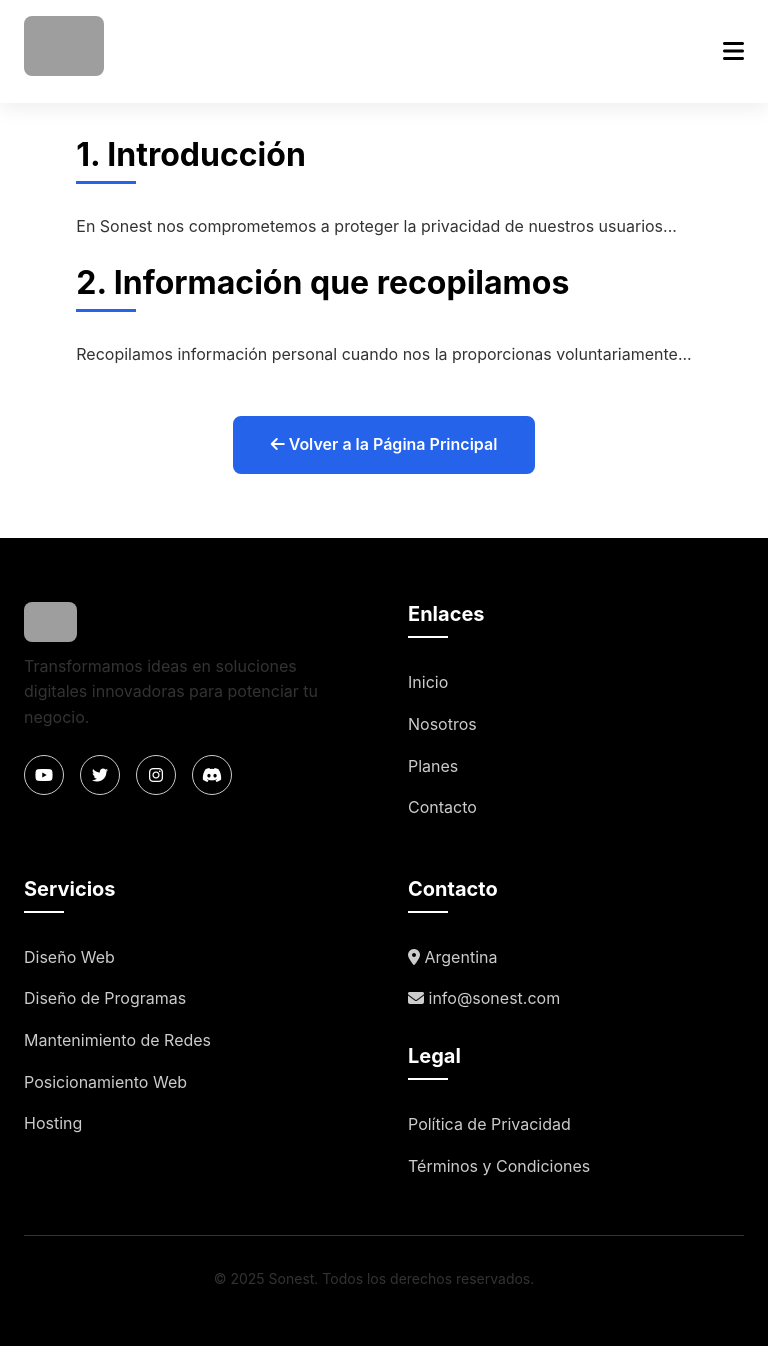
Repository: FabriDevelope/sonest
Page: terminos-y-condiciones-de-uso.html
The author's editor kept a copy of each file at every save. The page is drawn from the files as they stood at one save, then again after the next save.
The browser window is 768 px wide. The pictures show the whole page.
Pictures or frames that could not be fetched are drawn as grey boxes.

Above is the page before, as saved 2025-08-03 01:41:07.

### terminos-y-condiciones-de-uso.html
<!DOCTYPE html>
<html lang="es">
<head>
    <meta charset="UTF-8">
    <meta name="viewport" content="width=device-width, initial-scale=1.0">
    <title>Sonest - Terminos y Condiciónes de Uso</title>
    <link rel="stylesheet" href="styles.css">
    <link rel="stylesheet" href="https://cdnjs.cloudflare.com/ajax/libs/font-awesome/6.4.0/css/all.min.css">
    <link rel="icon" href="https://i.imgur.com/gXWLOT4.png" type="image/png">
    <style>
        .hero {
            padding: 12rem 0 7rem;
            background: linear-gradient(135deg, #f0f7ff 0%, #e6f0ff 100%);
            position: relative;
            overflow: hidden;
        }

        .hero::before {
            content: '';
            position: absolute;
            top: -100px;
            right: -100px;
            width: 500px;
            height: 500px;
            border-radius: 50%;
            background: linear-gradient(135deg, rgba(37, 99, 235, 0.1) 0%, rgba(37, 99, 235, 0.05) 100%);
            z-index: 0;
        }

        .hero-content {
            display: flex;
            align-items: center;
            gap: 4rem;
            position: relative;
            z-index: 1;
        }

        .hero-text {
            flex: 1;
        }

        .hero-image {
            flex: 1;
            border-radius: var(--border-radius);
            overflow: hidden;
            box-shadow: var(--shadow);
            transform: perspective(1000px) rotateY(-5deg);
            transition: var(--transition);
        }

        .hero-image:hover {
            transform: perspective(1000px) rotateY(0);
        }

        .features-grid {
            display: grid;
            grid-template-columns: repeat(auto-fit, minmax(300px, 1fr));
            gap: 2.5rem;
            margin-top: 3rem;
        }

        .feature-card {
            background-color: var(--white);
            border-radius: var(--border-radius);
            padding: 2.5rem;
            transition: var(--transition);
            box-shadow: 0 5px 15px rgba(0,0,0,0.05);
            text-align: center;
            border: 1px solid rgba(37, 99, 235, 0.1);
        }

        .feature-card:hover {
            transform: translateY(-10px);
            box-shadow: 0 15px 30px rgba(37, 99, 235, 0.15);
        }

        .feature-icon {
            width: 80px;
            height: 80px;
            background: linear-gradient(135deg, #e6f0ff 0%, #d0e1ff 100%);
            border-radius: 50%;
            display: flex;
            align-items: center;
            justify-content: center;
            margin: 0 auto 1.5rem;
            font-size: 2rem;
            color: var(--primary);
        }

        .services {
            background-color: var(--gray-100);
        }

        .services-grid {
            display: grid;
            grid-template-columns: repeat(auto-fit, minmax(280px, 1fr));
            gap: 2.5rem;
            margin-top: 2rem;
        }

        .service-card {
            background-color: var(--white);
            border-radius: var(--border-radius);
            padding: 2.5rem;
            transition: var(--transition);
            box-shadow: 0 5px 15px rgba(0,0,0,0.05);
            border: 1px solid rgba(37, 99, 235, 0.1);
        }

        .service-card:hover {
            transform: translateY(-5px);
            box-shadow: 0 15px 30px rgba(37, 99, 235, 0.1);
        }

        .service-icon {
            font-size: 2.5rem;
            margin-bottom: 1.5rem;
            display: inline-block;
            color: var(--primary);
        }

        .soon-badge {
            display: inline-block;
            background-color: var(--gray-200);
            color: var(--gray-700);
            font-size: 0.75rem;
            padding: 0.25rem 0.75rem;
            border-radius: 2rem;
            margin-left: 0.5rem;
            vertical-align: super;
            font-weight: 600;
        }

        .stats {
            background: linear-gradient(135deg, var(--primary) 0%, var(--primary-light) 100%);
            color: var(--white);
            text-align: center;
        }

        .stats-grid {
            display: grid;
            grid-template-columns: repeat(auto-fit, minmax(200px, 1fr));
            gap: 2rem;
            margin-top: 2rem;
        }

        .stat-item {
            text-align: center;
            padding: 2rem;
            background-color: rgba(255, 255, 255, 0.1);
            border-radius: var(--border-radius);
        }

        .stat-number {
            font-size: 3rem;
            font-weight: 700;
            margin-bottom: 0.5rem;
        }

        .testimonials-grid {
            display: grid;
            grid-template-columns: repeat(auto-fit, minmax(320px, 1fr));
            gap: 2.5rem;
        }

        .testimonial-card {
            background-color: var(--white);
            border-radius: var(--border-radius);
            padding: 2.5rem;
            position: relative;
            box-shadow: 0 5px 15px rgba(0,0,0,0.05);
            border: 1px solid rgba(37, 99, 235, 0.1);
        }

        .testimonial-quote {
            font-size: 3rem;
            position: absolute;
            top: 1rem;
            left: 1rem;
            opacity: 0.1;
            color: var(--primary);
        }

        .cta {
            background: linear-gradient(135deg, var(--gray-800) 0%, var(--black) 100%);
            color: var(--white);
            text-align: center;
            padding: 5rem 0;
            position: relative;
            overflow: hidden;
        }

        .cta::before {
            content: '';
            position: absolute;
            top: -100px;
            right: -100px;
            width: 400px;
            height: 400px;
            border-radius: 50%;
            background: rgba(255, 255, 255, 0.05);
            z-index: 0;
        }

        .cta-content {
            position: relative;
            z-index: 1;
            max-width: 700px;
            margin: 0 auto;
        }

        .fade-in {
            opacity: 0;
            transform: translateY(30px);
            transition: opacity 0.6s ease-out, transform 0.6s ease-out;
        }

        .fade-in-visible {
            opacity: 1;
            transform: translateY(0);
        }
    </style>
    </head>
<body>
    <!-- Header -->
    <header>
        <div class="container header-container">
            <a href="index.html" class="logo">
                <img src="https://i.imgur.com/yJCH2BL.png" alt="Sonest Logo" style="height: 60px; margin-right: 10px;">
            </a>
            <nav>
                <ul class="nav-menu">
                    <li class="nav-item"><a href="index.html" class="nav-link">Inicio</a></li>
                    <li class="nav-item"><a href="nosotros.html" class="nav-link">Nosotros</a></li>
                    <li class="nav-item dropdown">
                        <a href="planes.html" class="nav-link">Servicios <i class="fas fa-chevron-down"></i></a>
                        <ul class="dropdown-content">
                            <li><a href="diseno-web.html" class="dropdown-item">Diseño Web</a></li>
                            <li><a href="diseno-programas.html" class="dropdown-item">Diseño de Programas</a></li>
                            <li><a href="mantenimiento-redes.html" class="dropdown-item">Mantenimiento de Redes</a></li>
                            <li><a href="posicionamiento-web.html" class="dropdown-item">Posicionamiento Web</a></li>
                            <li><a href="hosting.html" class="dropdown-item">Hosting</a></li>
                        </ul>
                    </li>
                    <li class="nav-item"><a href="planes.html" class="nav-link">Planes</a></li>
                    <li class="nav-item"><a href="contacto.html" class="nav-link active">Contacto</a></li>
                </ul>
            </nav>
            <div class="mobile-toggle">
                <i class="fas fa-bars"></i>
            </div>
        </div>
    </header>

     <main class="section" style="max-width: 800px; margin: 0 auto;">
        <div class="container">
            <h1>Política de Privacidad</h1>

            <h2>1. Introducción</h2>
            <p>En Sonest nos comprometemos a proteger la privacidad de nuestros usuarios...</p>

            <h2>2. Información que recopilamos</h2>
            <p>Recopilamos información personal cuando nos la proporcionas voluntariamente...</p>

            <!-- Resto del contenido -->

            <div style="margin-top: 3rem; text-align: center;">
                <a href="index.html" class="btn">
                    <i class="fas fa-arrow-left"></i> Volver a la Página Principal
                </a>
            </div>
        </div>
    </main>

  <!-- Footer -->
<footer>
    <div class="container">
        <div class="footer-grid">
            <div>
                <a href="index.html" class="logo">
                    <img src="https://i.imgur.com/EugKriL.png" alt="Sonest Logo" style="height: 40px; margin-right: 10px;">
                </a>
                <p>Transformamos ideas en soluciones digitales innovadoras para potenciar tu negocio.</p>
                <div class="social-links">
                    <a href="#" class="social-link"><i class="fab fa-youtube"></i></a>
                    <a href="#" class="social-link"><i class="fab fa-twitter"></i></a>
                    <a href="#" class="social-link"><i class="fab fa-instagram"></i></a>
                    <a href="https://discord.gg/TzeV6DSFxJ" class="social-link"><i class="fab fa-discord"></i></a>
                </div>
            </div>
            <div>
                <h4 class="footer-title">Enlaces</h4>
                <ul class="footer-links">
                    <li><a href="index.html" class="footer-link">Inicio</a></li>
                    <li><a href="nosotros.html" class="footer-link">Nosotros</a></li>
                    <li><a href="planes.html" class="footer-link">Planes</a></li>
                    <li><a href="contacto.html" class="footer-link">Contacto</a></li>
                </ul>
            </div>
            <div>
                <h4 class="footer-title">Servicios</h4>
                <ul class="footer-links">
                    <li><a href="diseno-web.html" class="footer-link">Diseño Web</a></li>
                    <li><a href="diseno-programas.html" class="footer-link">Diseño de Programas</a></li>
                    <li><a href="mantenimiento-redes.html" class="footer-link">Mantenimiento de Redes</a></li>
                    <li><a href="posicionamiento-web.html" class="footer-link">Posicionamiento Web</a></li>
                    <li><a href="hosting.html" class="footer-link">Hosting</a></li>
                </ul>
            </div>
            <div>
                <h4 class="footer-title">Contacto</h4>
                <ul class="footer-links">
                    <li><a href="#" class="footer-link"><i class="fas fa-map-marker-alt"></i> Argentina</a></li>
                    <li><a href="mailto:sonest.adm@proton.me" class="footer-link"><i class="fas fa-envelope"></i> info@sonest.com</a></li>
                </ul>
                <!-- Nueva sección Legal -->
                <h4 class="footer-title" style="margin-top: 1.5rem;">Legal</h4>
                <ul class="footer-links">
                    <li><a href="politica-de-privacidad.html" class="footer-link">Política de Privacidad</a></li>
                    <li><a href="terminos-y-condiciones-de-uso.html" class="footer-link">Términos y Condiciones</a></li>
                </ul>
            </div>
        </div>
        <div class="footer-bottom">
            <p>&copy; 2025 Sonest. Todos los derechos reservados.</p>
        </div>
    </div>
</footer>
    <script>
        document.addEventListener('DOMContentLoaded', function() {
            const mobileToggle = document.querySelector('.mobile-toggle');
            const navMenu = document.querySelector('.nav-menu');

            if (mobileToggle && navMenu) {
                mobileToggle.addEventListener('click', function() {
                    navMenu.classList.toggle('active');
                });
            }

            // Animaciones al hacer scroll
            const observer = new IntersectionObserver((entries) => {
                entries.forEach(entry => {
                    if (entry.isIntersecting) {
                        entry.target.classList.add('fade-in-visible');
                    }
                });
            }, { threshold: 0.1 });

            document.querySelectorAll('.fade-in').forEach(element => {
                observer.observe(element);
            });
        });
    </script>
</body>
</html>

Loaded but not shown: styles.css (684 lines, source omitted)

After the next save:
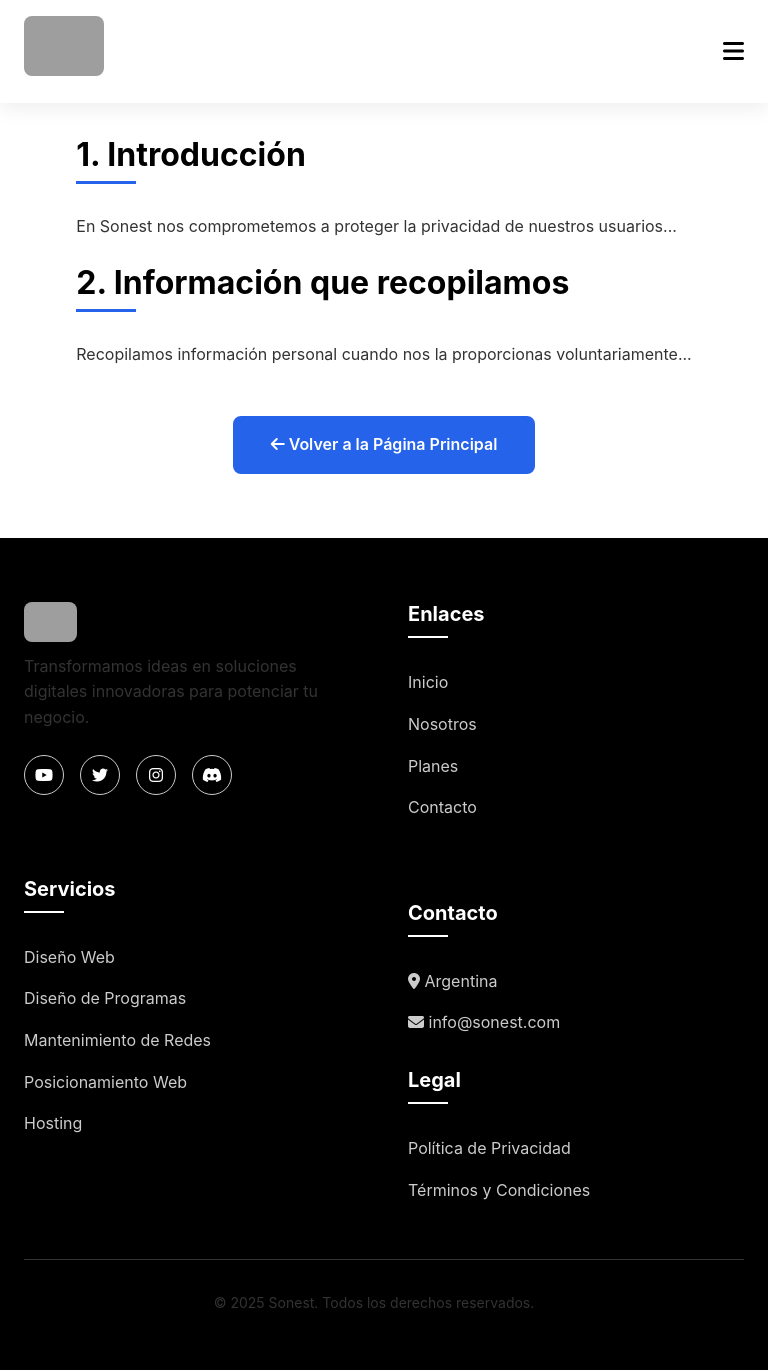
Saved 22 s later.
--- a/terminos-y-condiciones-de-uso.html
+++ b/terminos-y-condiciones-de-uso.html
@@ -219,6 +219,13 @@
             opacity: 1;
             transform: translateY(0);
         }
+
+        /* Ajustes para la nueva sección Legal */
+@media (max-width: 768px) {
+    .footer-grid > div:last-child .footer-title {
+        margin-top: 1.5rem;
+    }
+}
     </style>
     </head>
 <body>
